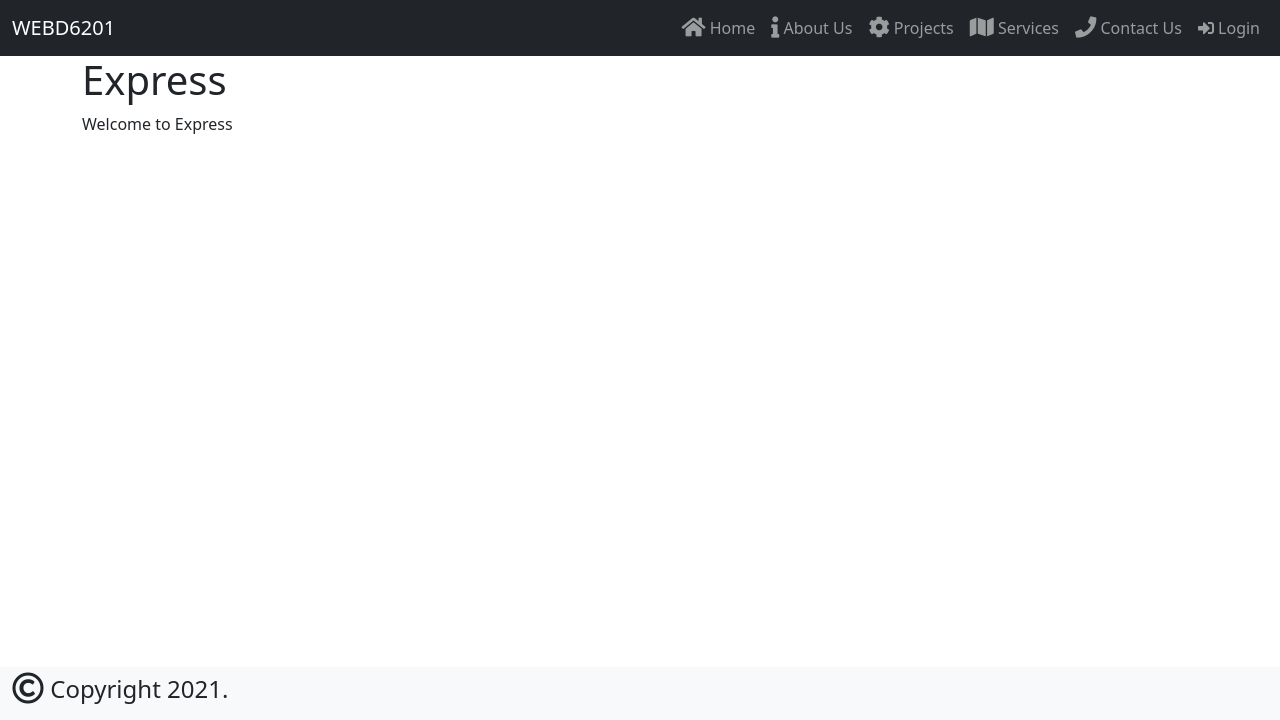
Repository: ahmedrizvi/WEBD6201-W2021-ICE09
Page: http://localhost/
An editor plug-in stored every save of this project. The page is shown before and after the next save, followed by the edit.
The browser window is 1280 px wide. The pictures show the whole page.
The page is served by the project's Node server (server.js).

Above is the page before, as saved 2021-03-27 20:59:52.

After the next save:
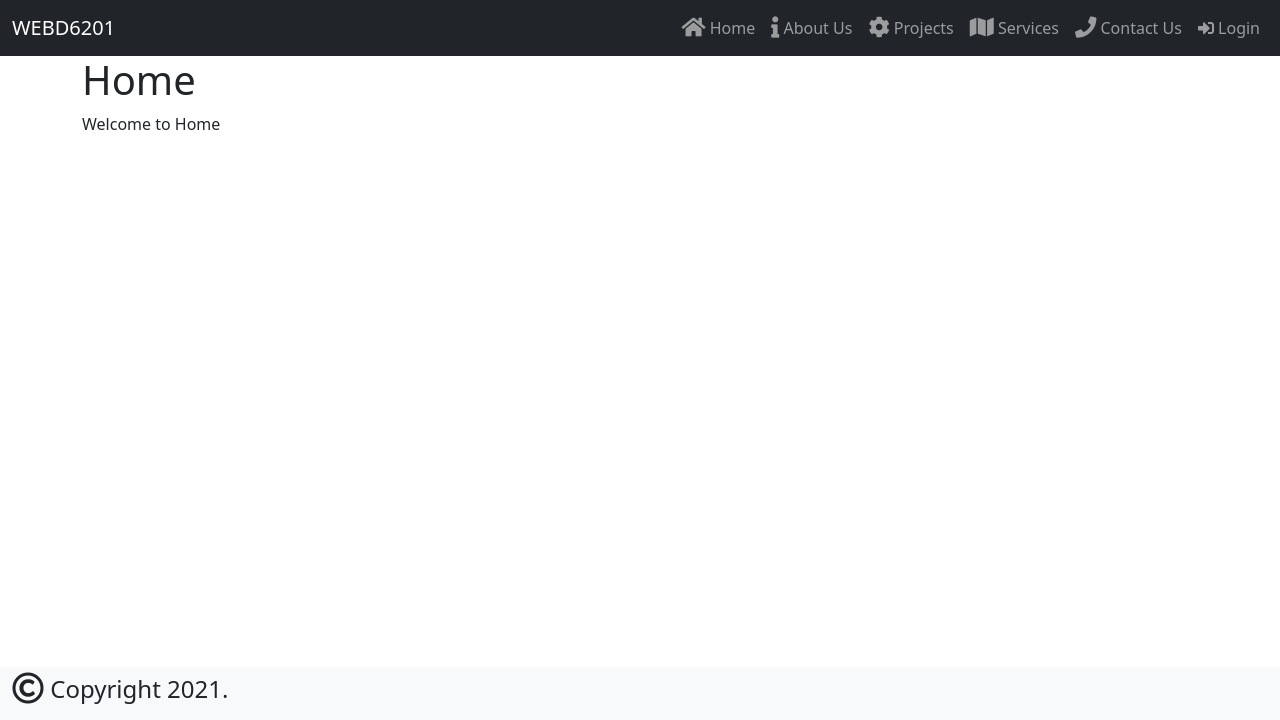
Saved 101 s later.
--- a/routes/index.js
+++ b/routes/index.js
@@ -3,7 +3,7 @@
 const express = require("express");
 let router = express.Router();
 router.get('/', function (req, res, next) {
-    res.render('index', { title: 'Express' });
+    res.render('index', { title: 'Home' });
 });
 module.exports = router;
 //# sourceMappingURL=index.js.map
